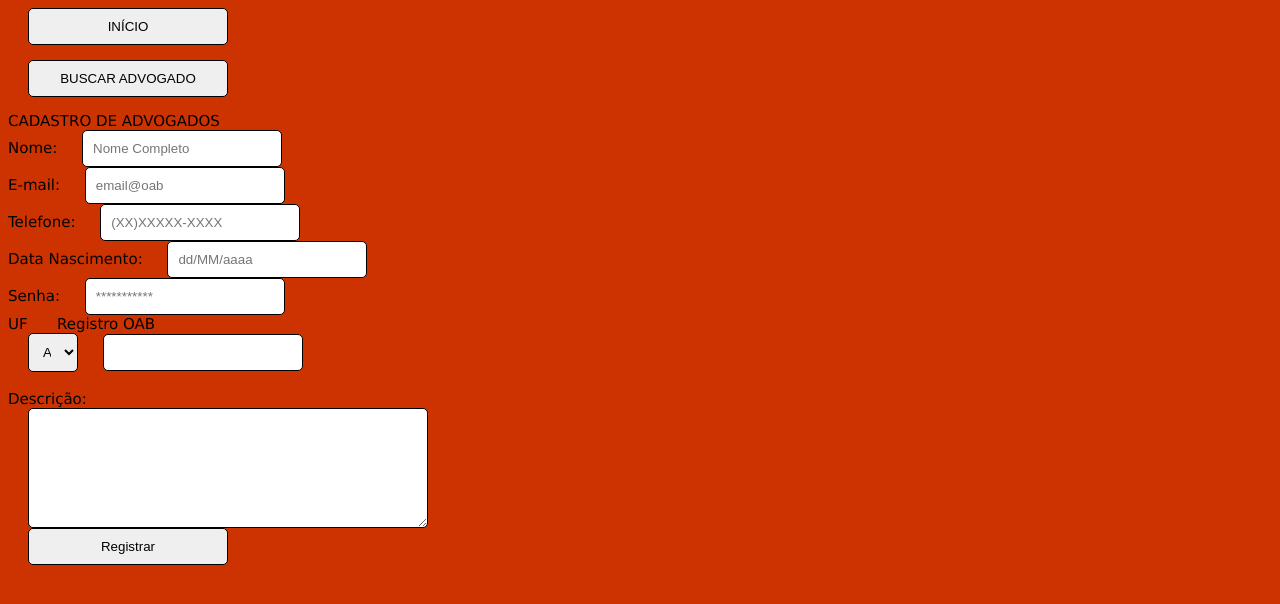
Repository: Natan16/CRUDJUSTTO
Page: http://localhost/CRUDJUSTTOWEB/adiciona-advogado.jsp
An editor plug-in stored every save of this project. The page is shown before and after the next save, followed by the edit.
The browser window is 1280 px wide. The pictures show the whole page.
The page is served by Tomcat 9.

Above is the page before, as saved 2019-09-01 02:55:24.

After the next save:
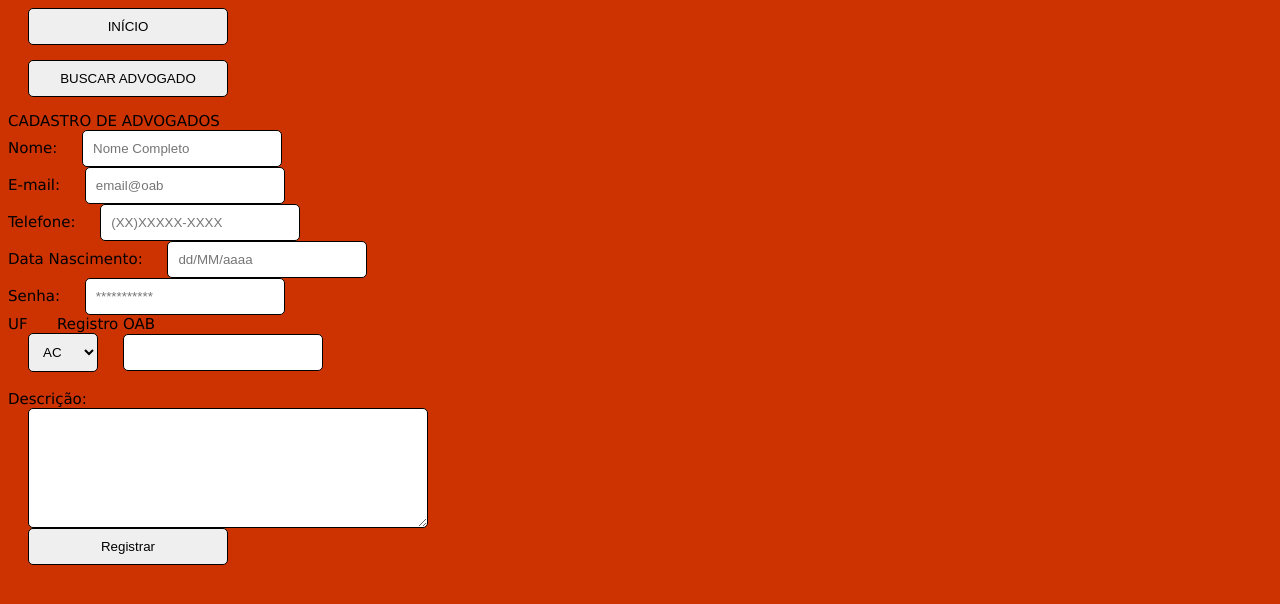
Saved 16 s later.
--- a/CRUDJUSTTOWEB/WebContent/Estilo.css
+++ b/CRUDJUSTTOWEB/WebContent/Estilo.css
@@ -15,7 +15,7 @@ h1 {
 }
 
 select {
-	width: 50px;
+	width: 70px;
     padding: 10px;
     color: black;
     margin-left: 20px;
